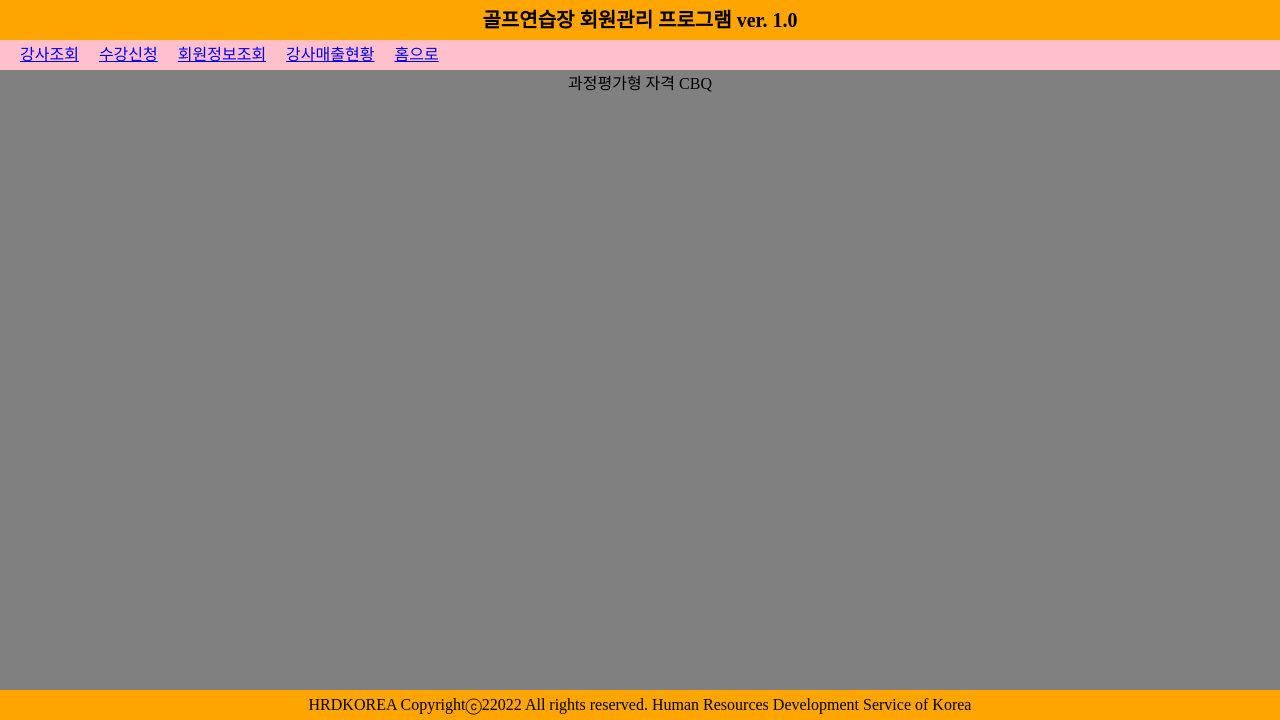
Repository: leesuyeon116/HRD_3
Page: http://localhost/HRD_0505/
The author's editor kept a copy of each file at every save. The page is drawn from the files as they stood at one save, then again after the next save.
The browser window is 1280 px wide. The pictures show the whole page.
The page is served by Tomcat 9.

Above is the page before, as saved 2024-05-05 08:31:25.

After the next save:
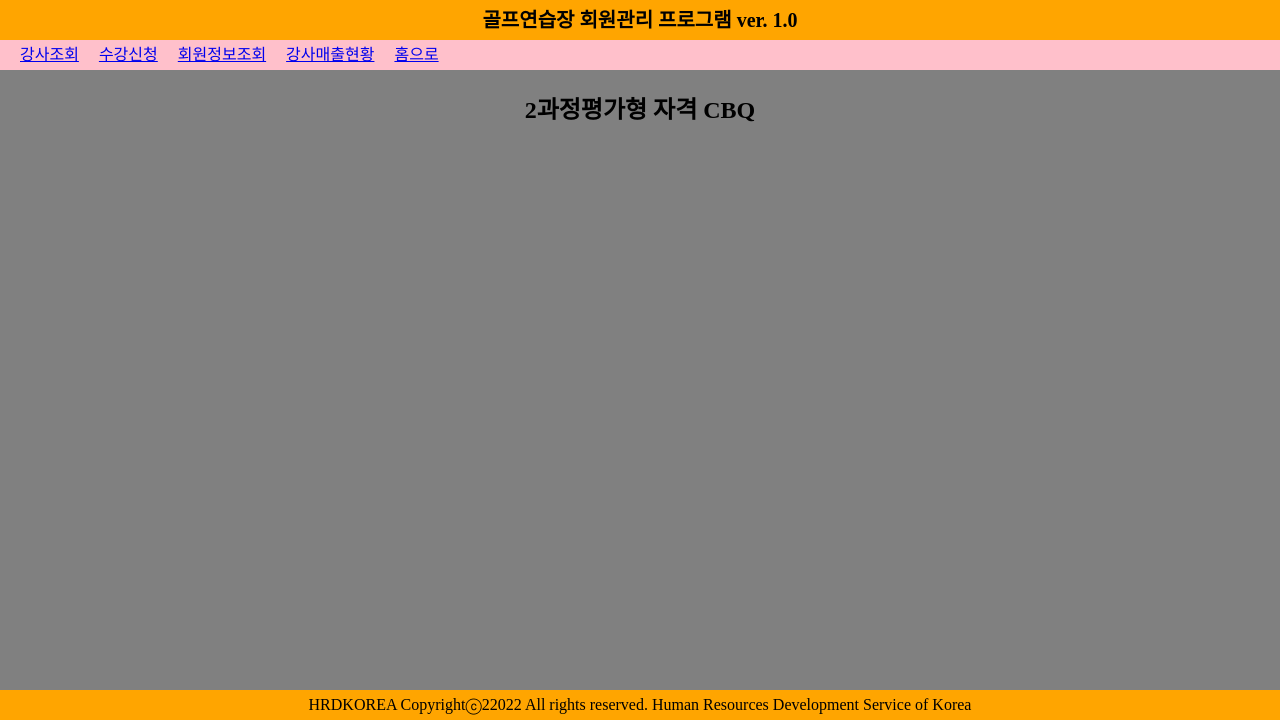
Saved 18 s later.
--- a/workspace/HRD_0505/src/main/webapp/index.jsp
+++ b/workspace/HRD_0505/src/main/webapp/index.jsp
@@ -9,7 +9,7 @@
 <body>
 <jsp:include page="header.jsp"></jsp:include>
 <section style="position: fixed; top: 70px; left: 0px; width: 100%; height: 100%; background-color: gray; text-align: center">
-과정평가형 자격 CBQ
+<h2>2과정평가형 자격 CBQ</h2>
 </section>
 
 <jsp:include page="footer.jsp"></jsp:include>
